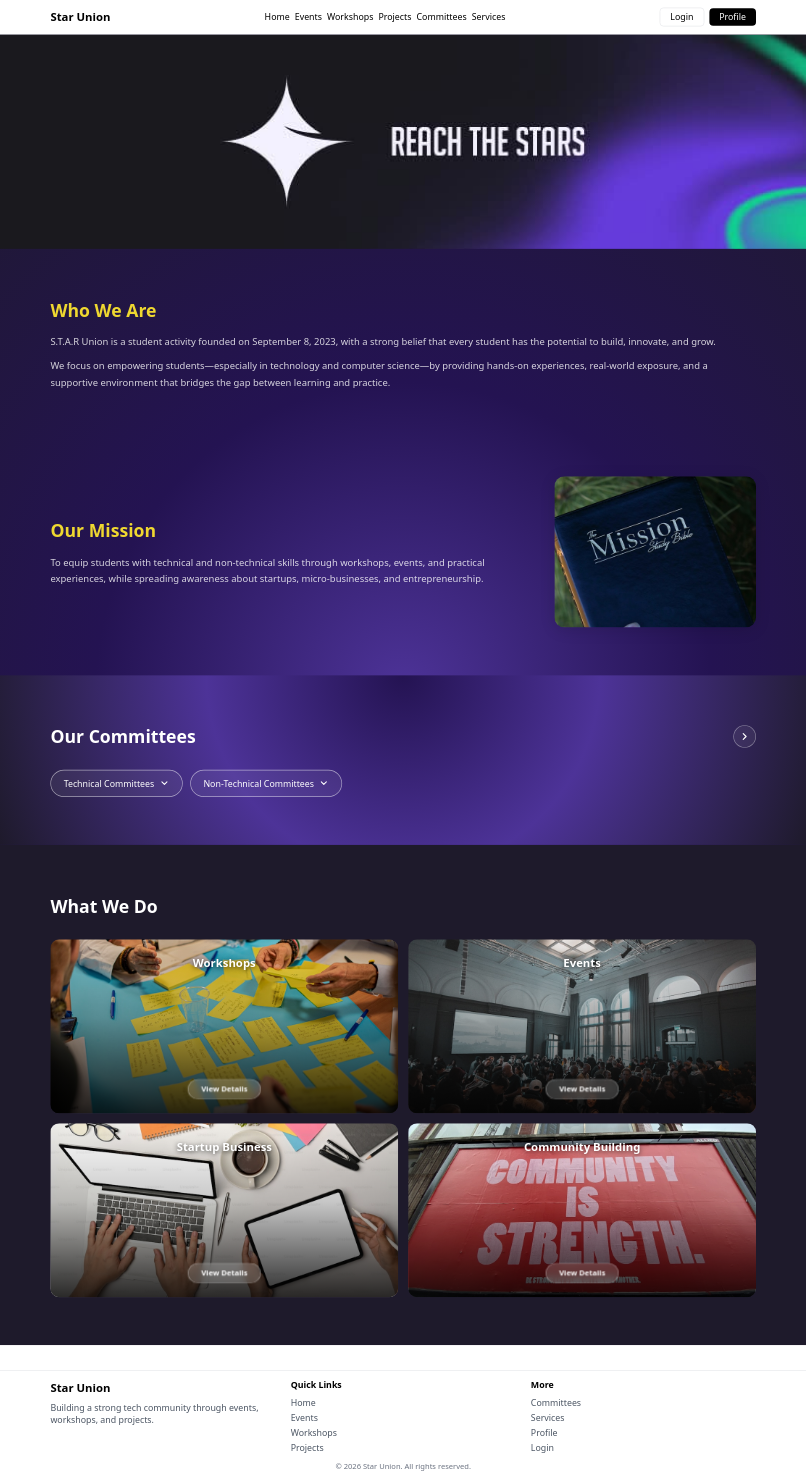
Repository: Frontend-Committee/StarUnion-Website
Page: /about
These files come from the project's save history. The page is drawn as it stood at one moment and after the next save; the edit follows.
The browser window is 1280 px wide. The pictures show the whole page, at 63% of full size.
The project was rebuilt for these pictures with package versions that can differ from the ones it lists, and the page was loaded fresh each time. Also part of the build but not shown: vite.config.js, src/features/home/pages/HomePage.jsx.

Above is the page before, as saved 2026-02-25 05:45:27.

After the next save:
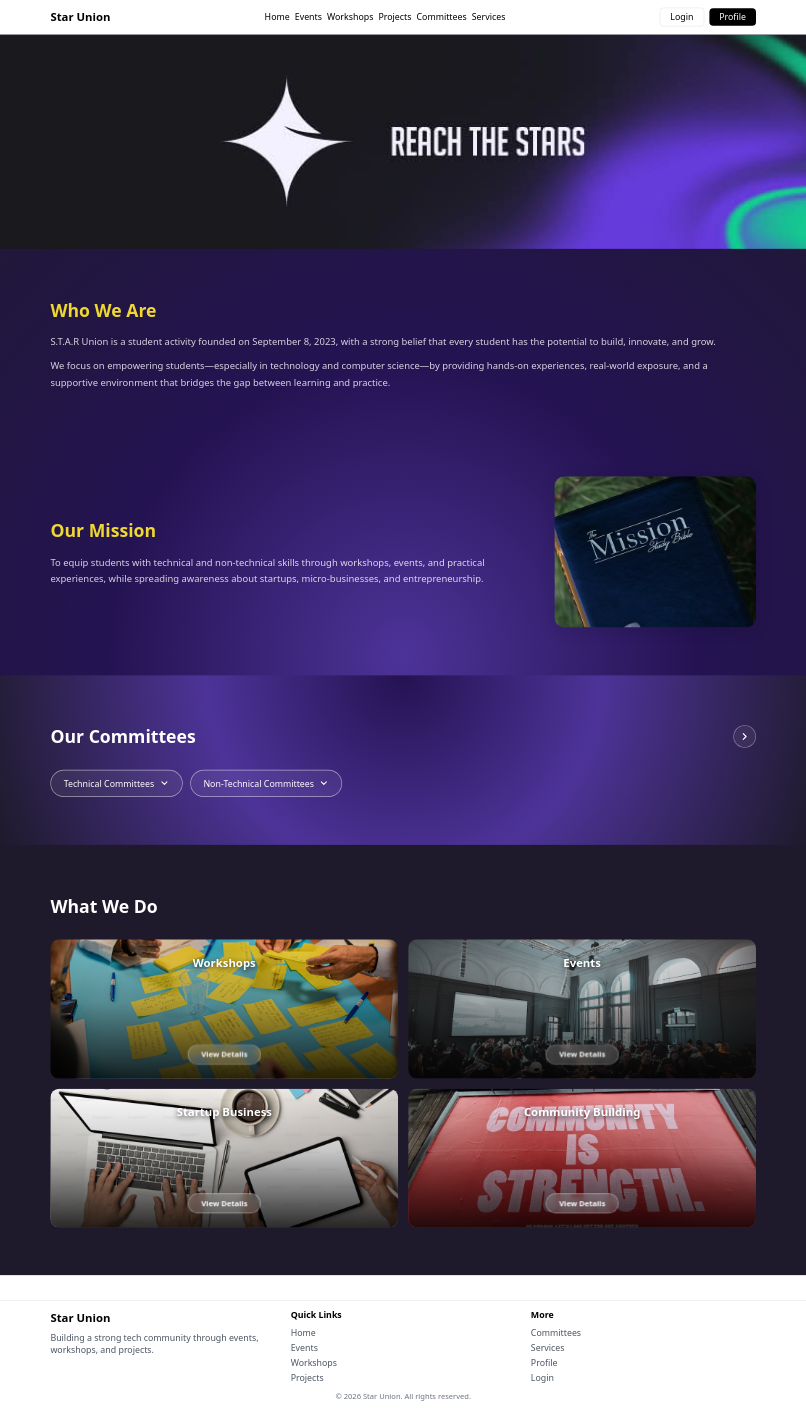
Saved 5 s later.
--- a/src/features/about/pages/AboutUsPage.jsx
+++ b/src/features/about/pages/AboutUsPage.jsx
@@ -155,7 +155,7 @@ function ActivityCard({ image, title }) {
         position: "relative",
         overflow: "hidden",
         borderRadius: "14px",
-        aspectRatio: "1 / 0.5",
+        aspectRatio: "1 / 0.4",
         cursor: "pointer",
       }}
       className="group"
